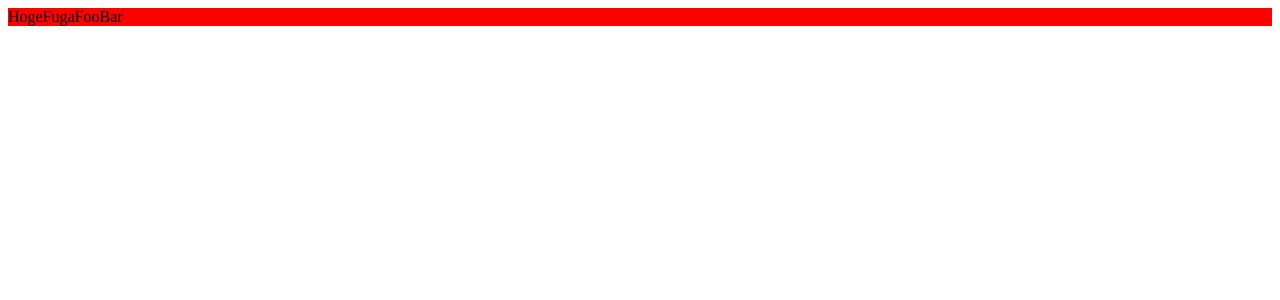
Repository: TakashiYamaguchi2021/samurai_HTML-CSS
Page: flexbox.html
The author's editor kept a record of every edit. The page is drawn from the files as they stood at one moment, then again after the next edit.
The browser window is 1280 px wide. The pictures show the whole page.

Above is the page before.

### flexbox.html
<html lang="ja">
    <head>
        <style>
            #sort {
                display: flex;
                flex-direction: row;
                background-color: red;
            }
            #reverse {
                display: flex;
                flex-direction: row-reverse
                background-color: yellow;
            }
            #column {
                display: flex;
                flex-direction: column;
                background-color: blue;
            }
            #column-reverse {
                display: flex;
                flex-direction: column-reverse;
                background-color: green;
            }
        </style>
    </head>
    <body>
        <div id="sort">
            <div>
                Hoge
            </div>
            <div>
                Fuga
            </div>
            <div>
                Foo
            </div>
            <div>
                Bar
            </div>
        </div>
    </body>
</html>

After the next edit:
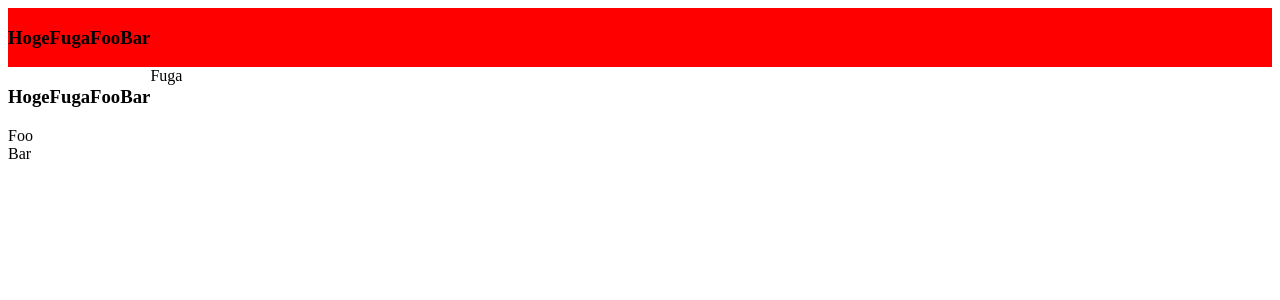
The edit:
--- a/flexbox.html
+++ b/flexbox.html
@@ -25,11 +25,16 @@
     </head>
     <body>
         <div id="sort">
-            <div>
-                Hoge
-            </div>
-            <div>
-                Fuga
+            <h3>Hoge</h3>
+            <h3>Fuga</h3>
+            <h3>Foo</h3>
+            <h3>Bar</h3>
+        </div>
+        <div id="reverse">
+            <h3>Hoge</h3>
+            <h3>Fuga</h3>
+            <h3>Foo</h3>
+            <h3>Bar</h3>    Fuga
             </div>
             <div>
                 Foo
